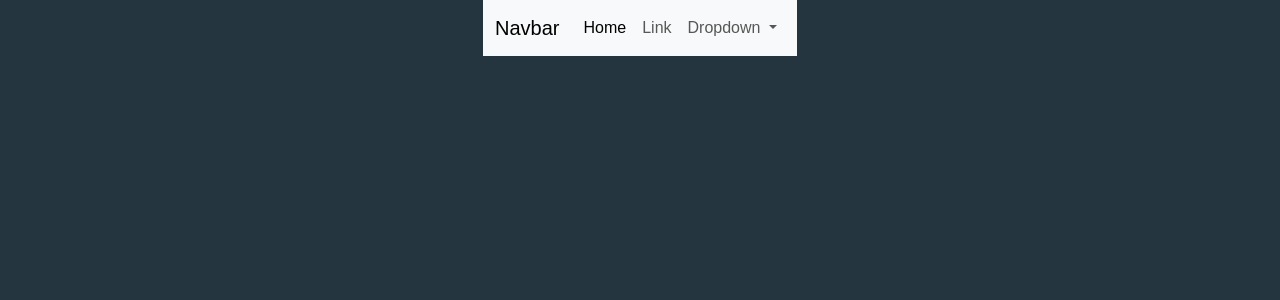
Repository: bodajava/TASK-4
Page: theerdIndex.html
These files come from the project's save history. The page is drawn as it stood at one moment and after the next save; the edit follows.
The browser window is 1280 px wide. The pictures show the whole page.

Above is the page before, as saved 2025-06-18 05:24:48.

### theerdIndex.html
<!DOCTYPE html>
<html lang="en">
  <head>
    <link rel="stylesheet" href="CSS/all.min.css" />
    <link rel="stylesheet" href="CSS/bootstrap.css" />
    <link rel="stylesheet" href="CSS/style.css" />
    <meta charset="UTF-8" />
    <meta name="viewport" content="width=device-width, initial-scale=1.0" />
    <title>Document</title>
  </head>
  <body>
    <nav class="navbar navbar-expand-lg bg-body-tertiary">
      <div class="container-fluid">
        <a class="navbar-brand" href="#">Navbar</a>
        <button
          class="navbar-toggler"
          type="button"
          data-bs-toggle="collapse"
          data-bs-target="#navbarSupportedContent"
          aria-controls="navbarSupportedContent"
          aria-expanded="false"
          aria-label="Toggle navigation"
        >
          <span class="navbar-toggler-icon"></span>
        </button>
        <div class="collapse navbar-collapse" id="navbarSupportedContent">
          <ul class="navbar-nav me-auto mb-2 mb-lg-0">
            <li class="nav-item">
              <a class="nav-link active" aria-current="page" href="#">Home</a>
            </li>
            <li class="nav-item">
              <a class="nav-link" href="#">Link</a>
            </li>
            <li class="nav-item dropdown">
              <a
                class="nav-link dropdown-toggle"
                href="#"
                role="button"
                data-bs-toggle="dropdown"
                aria-expanded="false"
              >
                Dropdown
              </a>


        </div>
      </div>
    </nav>
    <script src="js/bootstrap.bundle.min.js"></script>
    <script src="js/index.js"></script>
  </body>
</html>

### CSS/style.css
* {
  padding: 0;
  margin: 0;
  box-sizing: border-box;
}

body {
  background-color: #24353f;
  display: flex;
  justify-content: center;
  align-items: center;
  font-family: Arial, sans-serif;
}

#item {
  margin-top: 60px;
  margin-left: 390px;
  margin-right: 390px;
  padding-left: 15px;
  padding-right: 15px;
}

#item2 {
  box-shadow: 0 0 20px rgba(0, 0, 0, 0.2);
  margin-left: 138.75px;
  margin-right: 138.75px;
  padding-left: 60px;
  padding-right: 60px;
  padding-top: 60px;
  padding-bottom: 60px;
}

h1 {
  color: #189bb1;
}

.anchor {
  text-decoration: none;
}

.anchor:hover {
  text-decoration: underline;
}

.paragraph {
  font-size: 20px;
  line-height: 30px;
  font-weight: 400;
  color: white;
}

.paragraph a {
  font-size: 20px;
  line-height: 30px;
  font-weight: 400;
  color: white;
}

.form-control {
  background-color: #24353f;
  border: 1px solid white;
  color: #fff;
  border-radius: 5px;
}

.form-control::placeholder {
  color: #a0a0a0;
}

.form-control:focus {
  background-color: #24353f;
  color: #fff;
  border-color: #189bb1;
  outline: none;
  box-shadow: none;
}

.btnn {
  text-decoration: none;
  color: #189bb1;
}

.btnn:hover {
  color: white;
}

#box {
  box-shadow: 0 0 20px rgba(0, 0, 0, 0.2);
}

Loaded but not shown: CSS/all.min.css (library); CSS/bootstrap.css (library); js/bootstrap.bundle.min.js (library); js/index.js (no copy from this time; the picture is the same without it)

After the next save:
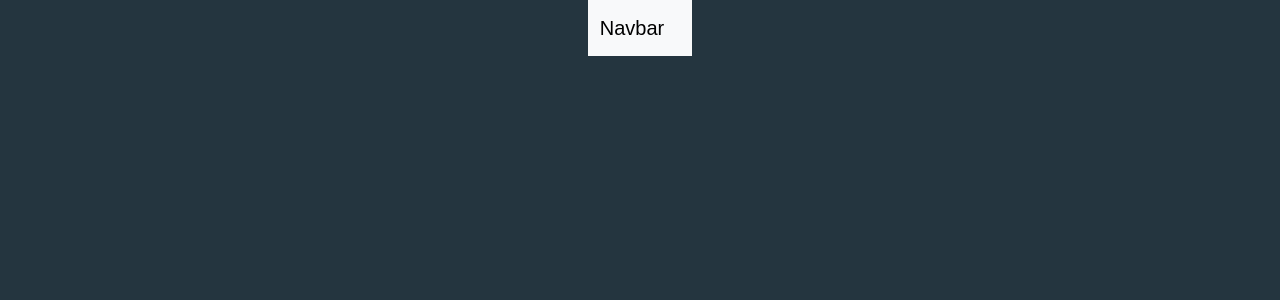
Saved 15 s later.
--- a/theerdIndex.html
+++ b/theerdIndex.html
@@ -12,35 +12,7 @@
     <nav class="navbar navbar-expand-lg bg-body-tertiary">
       <div class="container-fluid">
         <a class="navbar-brand" href="#">Navbar</a>
-        <button
-          class="navbar-toggler"
-          type="button"
-          data-bs-toggle="collapse"
-          data-bs-target="#navbarSupportedContent"
-          aria-controls="navbarSupportedContent"
-          aria-expanded="false"
-          aria-label="Toggle navigation"
-        >
-          <span class="navbar-toggler-icon"></span>
-        </button>
-        <div class="collapse navbar-collapse" id="navbarSupportedContent">
-          <ul class="navbar-nav me-auto mb-2 mb-lg-0">
-            <li class="nav-item">
-              <a class="nav-link active" aria-current="page" href="#">Home</a>
-            </li>
-            <li class="nav-item">
-              <a class="nav-link" href="#">Link</a>
-            </li>
-            <li class="nav-item dropdown">
-              <a
-                class="nav-link dropdown-toggle"
-                href="#"
-                role="button"
-                data-bs-toggle="dropdown"
-                aria-expanded="false"
-              >
-                Dropdown
-              </a>
+
 
 
         </div>
